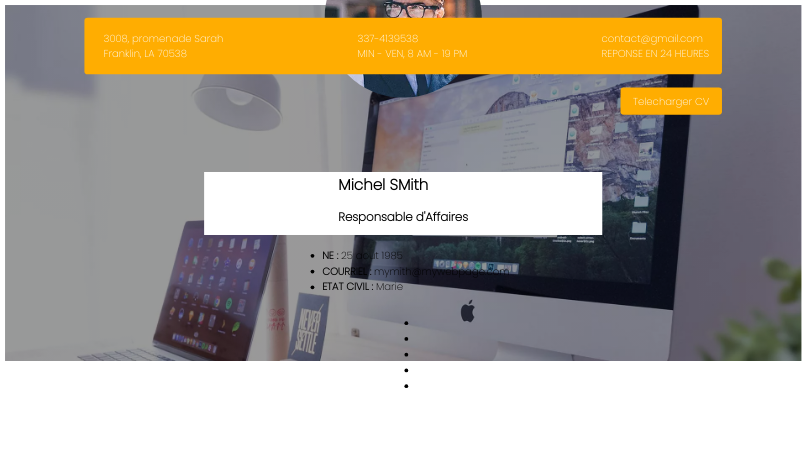
Repository: wadelfadill/CV_PORTFOLIO
Page: index.html
An editor plug-in stored every save of this project. The page is shown before and after the next save, followed by the edit.
The browser window is 1280 px wide. The pictures show the whole page, at 63% of full size.
Some icons come from a web library that is not loaded, so they are not drawn. Backgrounds fixed to the window are drawn as part of the page.

Above is the page before, as saved 2023-03-13 21:51:31.

### index.html
<!DOCTYPE html>
<html lang="en">
<head>
    <meta charset="UTF-8">
    <meta http-equiv="X-UA-Compatible" content="IE=edge">
    <meta name="viewport" content="width=device-width, initial-scale=1.0">
    <title>CV - Portfolio</title>
    <link rel="stylesheet" href="style.css">
    <link rel="stylesheet" href="path/to/font-awesome/css/font-awesome.min.css">
    <link href="/fontawesome/css/all.css" rel="stylesheet">
    <link href="/fontawesome/css/fontawesome.css" rel="stylesheet">
    <link href="/fontawesome/css/brands.css" rel="stylesheet">
    <link href="/fontawesome/css/solid.css" rel="stylesheet">
    <link rel="stylesheet" href="/fontawesome/css/regular.css">
    <link rel="preconnect" href="https://fonts.googleapis.com">
    <link rel="stylesheet" href="/fontawesome/css/all.min.css">
    <link rel='stylesheet' href='https://cdn-uicons.flaticon.com/uicons-brands/css/uicons-brands.css'>
    <link rel="stylesheet" href="https://cdn-uicons.flaticon.com/uicons-regular-straight/css/uicons-regular-straight.css">
<link rel="preconnect" href="https://fonts.gstatic.com" crossorigin>
<link href="https://fonts.googleapis.com/css2?family=Manrope&family=Montserrat&family=Poppins:wght@200&family=Roboto&display=swap" rel="stylesheet">
</head>
<body>
    <header>
        <div class="head">
            <div class="address">
                <div class="add-1">
                    <div class="add-icone"><i class="fi fi-rs-marker"></i></div>
                    <div class="add-text">3008, promenade Sarah <br> Franklin, LA 70538</div>
                </div>
                <div class="add-1">
                    <div class="add-icone"><i class="fi fi-rs-phone-call"></i></div>
                    <div class="add-text">337-4139538 <br> MIN - VEN, 8 AM - 19 PM</div>
                </div>
                <div class="add-1">
                    <div class="add-icone"><i class="fi fi-rs-messages"></i></div>
                    <div class="add-text">contact@gmail.com <br>REPONSE EN 24 HEURES</div>
                </div>
            </div>
            <div class="download">
                <a href="#" class="button">Telecharger CV</a>
            </div>
        </div>
        <div class="head_2">
           <div class="espace">

           </div>
           <div class="presentation">
            <img src="images/profile.jpg" alt="profile" class="profil">
            <div class="name">
                <h2>Michel SMith</h2>
                <h3>Responsable d'Affaires</h3>
            </div>
            <ul>
                <li><b>NE :</b> 25 aout 1985</li>
                <li><b>COURRIEL :</b> mymith@mywebpage.com</li>
                <li><b>ETAT CIVIL :</b> Marie</li>
            </ul>
            <ul>
                <li><i class="fi fi-brands-pinterest"></i></li>
                <li></li>
                <li></li>
                <li></li>
                <li></li>
            </ul>
           </div>
           <div class="espace">

           </div>
        </div>
    </header>
    <main>

    </main>
    <footer>

    </footer>
</body>
</html>

### style.css
body{
    color: white;
    font-family: 'Poppins';
}
header{
    margin: 0;
    width: 100%;
    height: auto;
    padding-top: 20px;
    background-image: linear-gradient(rgba(0, 0, 0, 0.4),
    rgba(0, 0, 0, 0.4)), url("images/background.jpg");
    background-size: cover;
    opacity: 1;
    background-attachment: fixed;
    z-index: 0;
    display: flex;
    justify-content: space-between;
    flex-direction: column;
    gap: 100px;
}
.address{
    background-color: #FFAD01;
    padding: 20px;
    display: flex;
    justify-content: space-between;
    border-radius: 5px;
    z-index: 100;


}
.add-1{
    display: flex;
    justify-content: space-between;
    align-items: center;
    gap: 10px;
}
.head{
    display: flex;
    flex-direction: column;
    justify-content: space-between;
    gap: 30px;
    padding-left: 10%;
    padding-right: 10%;


}
.download{
   align-self: flex-end;
   margin: 0;
}
.download a{
    margin: 0;
    padding-top: 10px;
    padding-bottom: 10px;
    padding-right: 20px;
    padding-left: 20px;
    background-color: #FFAD01;
    align-self: flex-end;
    color: white;
    text-decoration: none;
    border-radius: 5px;

}
.profil{
    border-radius: 100%;
    position: relative;
    top: -100px;


}
.head_2{
    display: grid;
    grid-template-columns: 25% 50% 25%;
    grid-template-rows: 100px 100px 100px;

}
.presentation{
    background-color: white;
    display: flex;
    flex-direction: column;
    justify-content: center;
    align-items: center;
    color: black;
    grid-row-start: 1/3;
}
.espace{
    background: none;
}

Loaded but not shown: fontawesome/css/all.css (library); fontawesome/css/fontawesome.css (library); fontawesome/css/solid.css (common file); fontawesome/css/regular.css (common file); fontawesome/css/all.min.css (library); fontawesome/css/brands.css (1522 lines, source omitted)

After the next save:
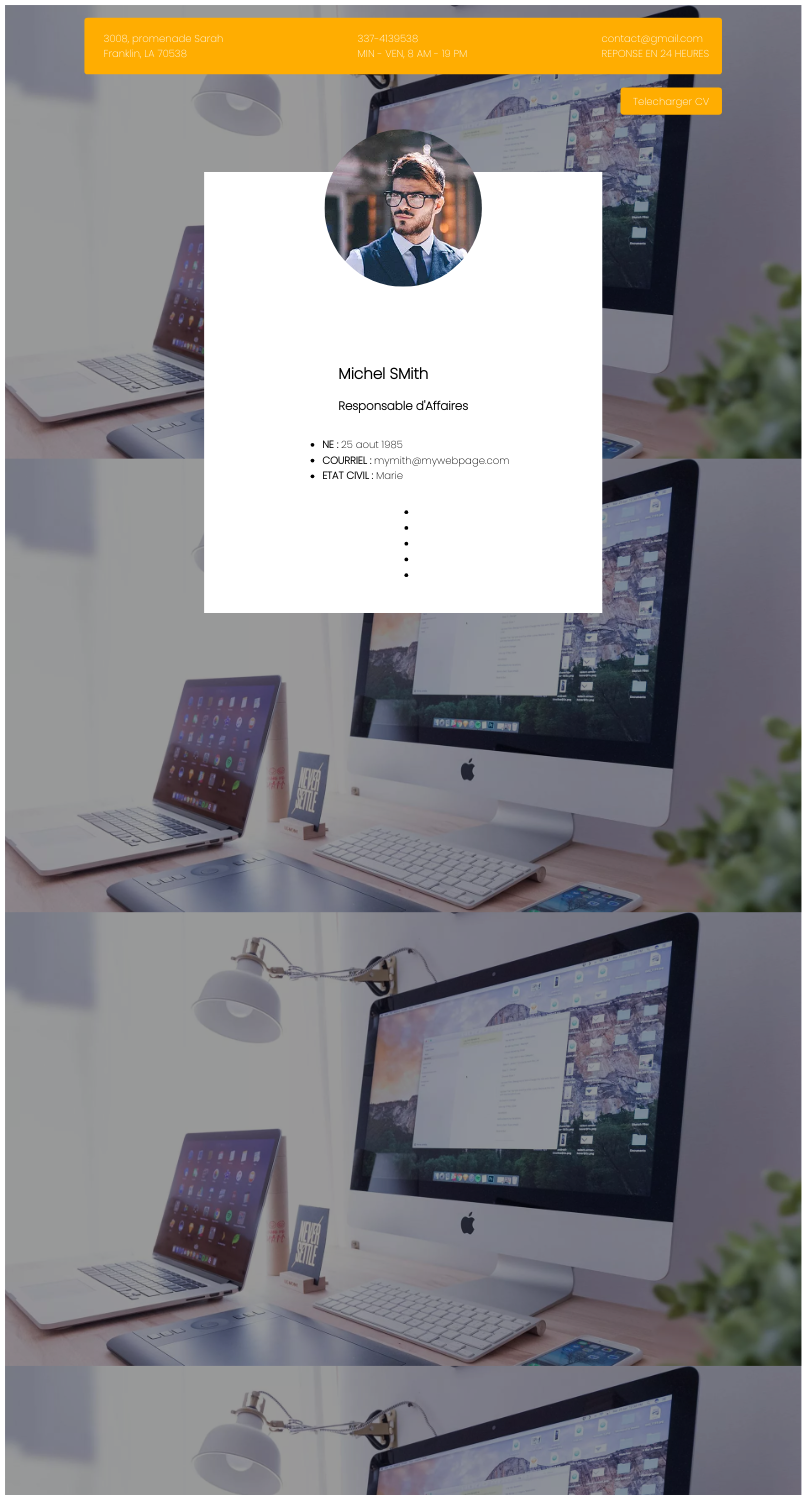
Saved 34 s later.
--- a/style.css
+++ b/style.css
@@ -71,7 +71,7 @@ header{
 .head_2{
     display: grid;
     grid-template-columns: 25% 50% 25%;
-    grid-template-rows: 100px 100px 100px;
+    grid-template-rows: 700px 700px 700px;
 
 }
 .presentation{
